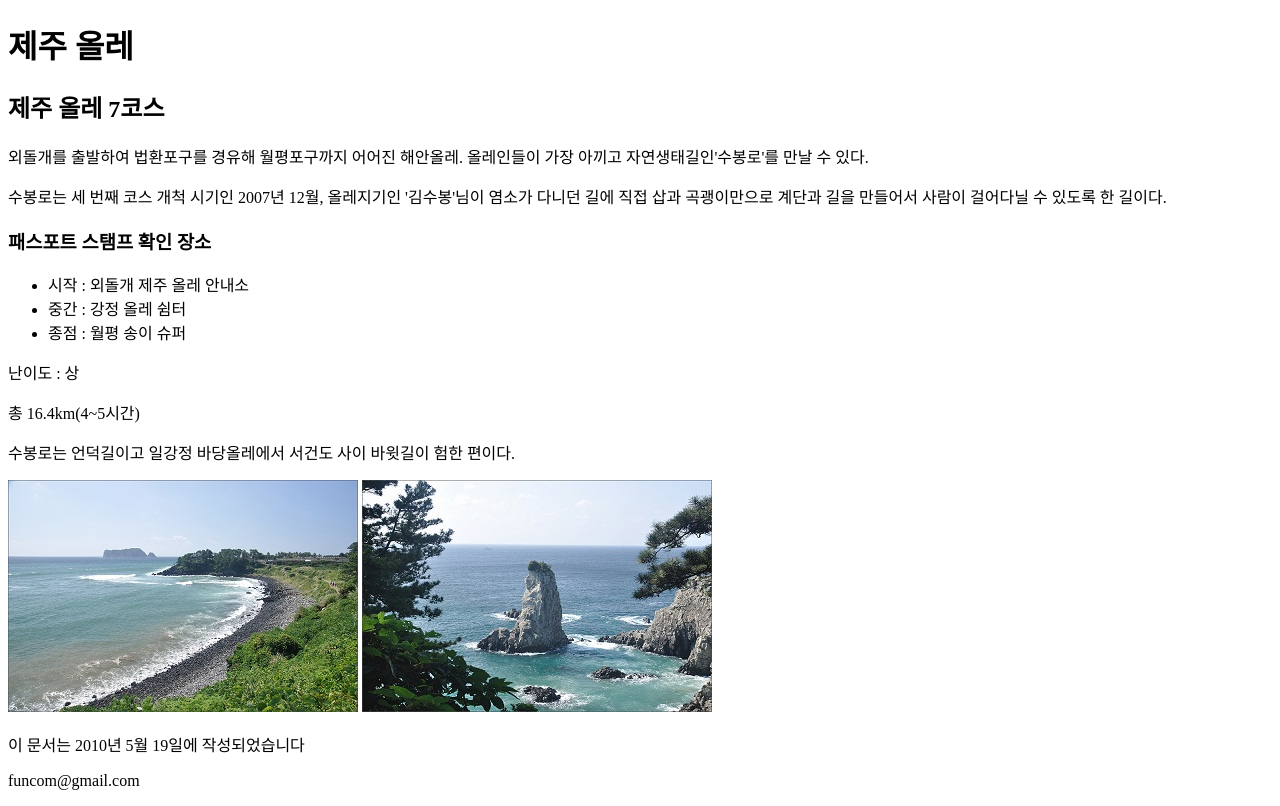
Repository: WonSeungUn/VSCODE
Page: web_work/Html/WebContent/sample2.html
An editor plug-in stored every save of this project. The page is shown before and after the next save, followed by the edit.
The browser window is 1280 px wide. The pictures show the whole page.

Above is the page before, as saved 2024-07-08 07:23:22.

### web_work/Html/WebContent/sample2.html
<!DOCTYPE html>
<html>
<head>
<meta charset="UTF-8">
<title>Insert title here</title>
</head>
<body>
<h1>제주 올레</h1>

  <header>
  	<h2>제주 올레 7코스</h2>
  	<p>
	  	외돌개를 출발하여 법환포구를 경유해 월평포구까지 어어진 해안올레.
	  	올레인들이 가장 아끼고 자연생태길인'수봉로'를 만날 수 있다.
	</p>
	<p>
	  	수봉로는 세 번째 코스 개척 시기인 2007년 12월,
	  	올레지기인 '김수봉'님이 염소가 다니던 길에 직접 삽과 곡괭이만으로 계단과 길을 만들어서 사람이 걸어다닐 수 있도록 한 길이다.
  	 </p>
  </header>

 	<section>
  		<h3>패스포트 스탬프 확인 장소</h3>
  		<ul>
  			<li>시작 : 외돌개 제주 올레 안내소</li>
  			<li>중간 : 강정 올레 쉼터 </li>
  			<li>종점 : 월평 송이 슈퍼</li>
  		</ul>
	</section>

	<section>
		<p> 난이도 : 상</p>
		<p>총 16.4km(4~5시간)</p>
		<p>수봉로는 언덕길이고 일강정 바당올레에서 서건도 사이 바윗길이 험한 편이다.</p>
	</section>

 	<section>
    <img src="images/road1.jpg">


    <img src="images/road2.jpg">
    </section>

	<footer>
		<p>이 문서는 <time datetime="2010-05-19">2010년 5월 19일</time>에 작성되었습니다</p>
		<p>funcom@gmail.com</p>
	</footer>
</body>
</html>

After the next save:
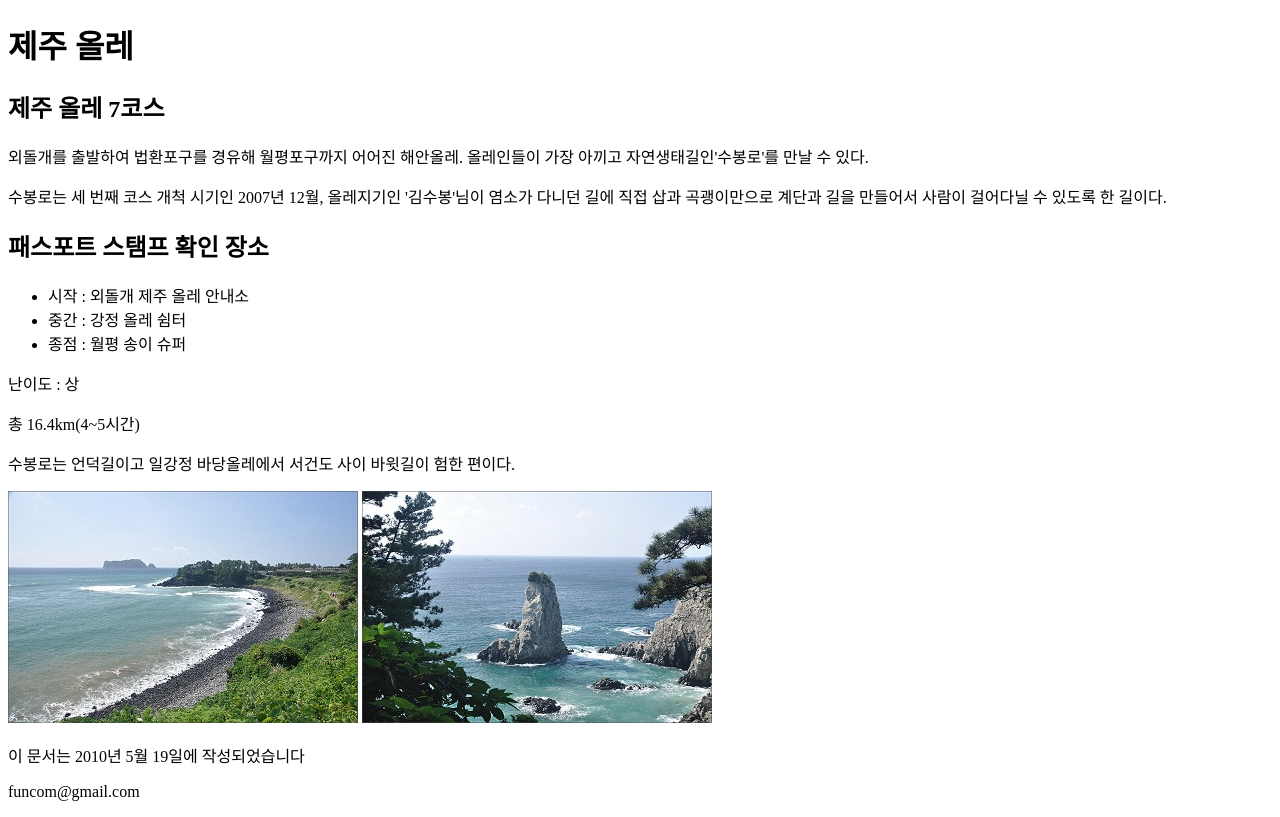
Saved 8 min 0 s later.
--- a/web_work/Html/WebContent/sample2.html
+++ b/web_work/Html/WebContent/sample2.html
@@ -5,22 +5,25 @@
 <title>Insert title here</title>
 </head>
 <body>
-<h1>제주 올레</h1>
+	<header>
+		<h1>제주 올레</h1>
+	</header>
 
-  <header>
-  	<h2>제주 올레 7코스</h2>
-  	<p>
-	  	외돌개를 출발하여 법환포구를 경유해 월평포구까지 어어진 해안올레.
-	  	올레인들이 가장 아끼고 자연생태길인'수봉로'를 만날 수 있다.
-	</p>
-	<p>
-	  	수봉로는 세 번째 코스 개척 시기인 2007년 12월,
-	  	올레지기인 '김수봉'님이 염소가 다니던 길에 직접 삽과 곡괭이만으로 계단과 길을 만들어서 사람이 걸어다닐 수 있도록 한 길이다.
-  	 </p>
-  </header>
-
- 	<section>
-  		<h3>패스포트 스탬프 확인 장소</h3>
+	<section>
+	    <header>
+	  		<h2>제주 올레 7코스</h2>
+	  	<p>
+		  	외돌개를 출발하여 법환포구를 경유해 월평포구까지 어어진 해안올레.
+		  	올레인들이 가장 아끼고 자연생태길인'수봉로'를 만날 수 있다.
+		</p>
+		<p>
+		  	수봉로는 세 번째 코스 개척 시기인 2007년 12월,
+		  	올레지기인 '김수봉'님이 염소가 다니던 길에 직접 삽과 곡괭이만으로 계단과 길을 만들어서 사람이 걸어다닐 수 있도록 한 길이다.
+	  	 </p>
+	  </header>
+   </section>
+	<section>
+  		<h2>패스포트 스탬프 확인 장소</h2>
   		<ul>
   			<li>시작 : 외돌개 제주 올레 안내소</li>
   			<li>중간 : 강정 올레 쉼터 </li>
